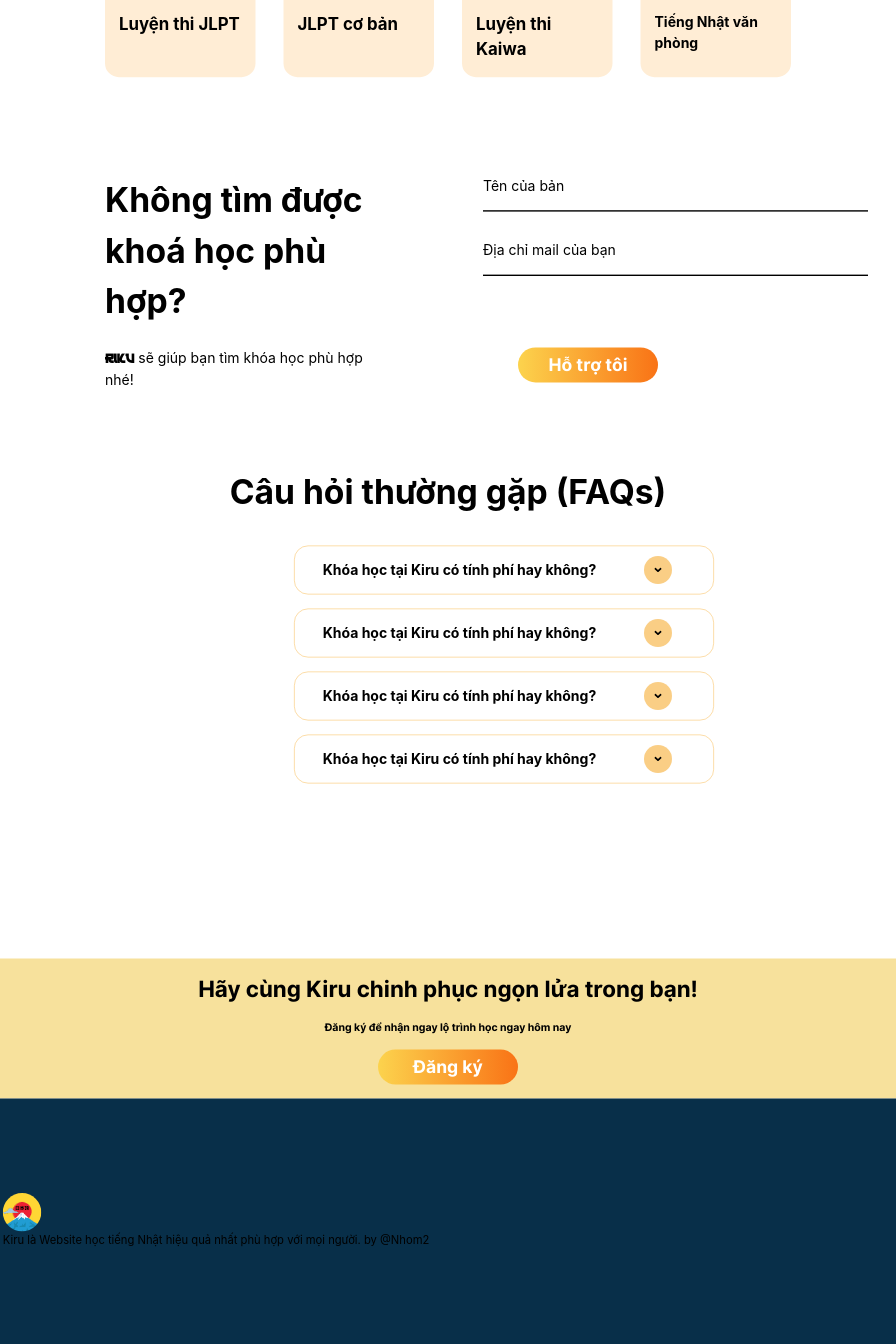
Repository: Quynhhuong150322/Kiru_Website-hoc-tieng-Nhat
Page: /
The author's editor kept a copy of each file at every save. The page is drawn from the files as they stood at one save, then again after the next save.
The browser window is 1280 px wide. The pictures show the part of the page from y = 3205 to 5125 px (the page is 5125 px tall), at 70% of full size.
The project was rebuilt for these pictures with package versions that can differ from the ones it lists, and the page was loaded fresh each time.

Above is the page before, as saved 2023-08-16 17:58:06.

### public/index.html
<!DOCTYPE html>
<html lang="en">
  <head>
    <meta charset="utf-8" />
    <link rel="icon" href="%PUBLIC_URL%/favicon.ico" />
    <meta name="viewport" content="width=device-width, initial-scale=1" />
    <meta name="theme-color" content="#000000" />
    <meta
      name="description"
      content="Web site created using create-react-app"
    />
    <link rel="apple-touch-icon" href="%PUBLIC_URL%/logo192.png" />
    <!--
      manifest.json provides metadata used when your web app is installed on a
      user's mobile device or desktop. See https://developers.google.com/web/fundamentals/web-app-manifest/
    -->
    <link rel="manifest" href="%PUBLIC_URL%/manifest.json" />
    <!--
      Notice the use of %PUBLIC_URL% in the tags above.
      It will be replaced with the URL of the `public` folder during the build.
      Only files inside the `public` folder can be referenced from the HTML.

      Unlike "/favicon.ico" or "favicon.ico", "%PUBLIC_URL%/favicon.ico" will
      work correctly both with client-side routing and a non-root public URL.
      Learn how to configure a non-root public URL by running `npm run build`.
    -->
    <title>Kiru web</title>
  </head>
  <body>
    <noscript>You need to enable JavaScript to run this app.</noscript>
    <div id="root"></div>
    <!--
      This HTML file is a template.
      If you open it directly in the browser, you will see an empty page.

      You can add webfonts, meta tags, or analytics to this file.
      The build step will place the bundled scripts into the <body> tag.

      To begin the development, run `npm start` or `yarn start`.
      To create a production bundle, use `npm run build` or `yarn build`.
    -->
  </body>
</html>

### src/index.js
import React from 'react';
import ReactDOM from 'react-dom/client';
import './index.css';
import App from './App';
import reportWebVitals from './reportWebVitals';
import { BrowserRouter} from "react-router-dom";


const root = ReactDOM.createRoot(document.getElementById('root'));
root.render(
  <React.StrictMode>
    <BrowserRouter>
      <App />
    </BrowserRouter>
  </React.StrictMode>
);

// If you want to start measuring performance in your app, pass a function
// to log results (for example: reportWebVitals(console.log))
// or send to an analytics endpoint. Learn more: https://bit.ly/CRA-vitals
reportWebVitals();

### src/App.js
import './App.css';
import HeaderBefor from "./component/header_footer/HeaderBefor";
import Footer from "./component/header_footer/footer";
// import MyRoutes from './route/MyRoutes';
import GioiThieu from "./component/Gioi_thieu"
import KhoaHocBefor from "./component/Khoa_hoc_befor";
import LienHe from "./component/Lien_he";
import FAQs from "./component/FAQs";


function App() {
  return (
    <div className = "bg-white">
      {/* <MyRoutes></MyRoutes> */}
      <HeaderBefor></HeaderBefor>
      <GioiThieu></GioiThieu>
      <KhoaHocBefor></KhoaHocBefor>
      <LienHe></LienHe>
      <FAQs></FAQs>
      <Footer></Footer>
    </div>
  );
}

export default App;

### src/App.css
.App {
  text-align: center;
}

.App-logo {
  height: 40vmin;
  pointer-events: none;
}

@media (prefers-reduced-motion: no-preference) {
  .App-logo {
    animation: App-logo-spin infinite 20s linear;
  }
}

.App-header {
  background-color: #282c34;
  min-height: 100vh;
  display: flex;
  flex-direction: column;
  align-items: center;
  justify-content: center;
  font-size: calc(10px + 2vmin);
  color: white;
}

.App-link {
  color: #61dafb;
}

@keyframes App-logo-spin {
  from {
    transform: rotate(0deg);
  }
  to {
    transform: rotate(360deg);
  }
}

@font-face {
  font-family: Japanese;
  src: url(./font/Japanese\ 3017.ttf);
}

@font-face {
  font-family: InterBold;
  src: url(./font/Inter-Bold.ttf);
}

@font-face {
  font-family: InterRegular;
  src: url(./font/Inter-Regular.ttf);
}

@font-face {
  font-family: Montserrat;
  src: url(./font/MontserratAlternates-Bold.otf);
}

### src/component/header_footer/HeaderBefor.js
import React from "react";
import logo from "../../image/logo.png"
import { Link } from "react-router-dom";

const Header = () => {
    return (
        <div className = "bg-white top-0 h-[70px] ">
            <div class="flex justify-between items-center p-1">
                <Link to = "/">
                    <div className="flex flex-row items-center gap-5 pl-[50px] justify-center">
                        <img
                            className="h-[55px] w-55px] rounded-full "
                            src = {logo}
                            alt = "logo"
                        />
                        <div className="font-japanese text-[40px] font-bold">Kiru</div>
                    </div>
                </Link>
                <div className=""></div>
                    <ul className="flex space-x-4 justify-start gap-10 font-interBold text-[17px] pr-28 ">
                        <li className="hover:text-yellow-500">
                            <Link to = "/GioiThieu">Giới Thiệu</Link>
                        </li>
                        <li className="hover:text-yellow-500">
                            <Link to = "/LienHe">Liên hệ</Link>
                        </li>
                        <li className="hover:text-yellow-500">
                            <Link to = "/KhoaHocBefor">Khoá học</Link>
                        </li>
                        <li className="hover:text-yellow-500">
                            <Link to = "/FAQs">FAQs</Link>
                        </li>
                    </ul>
                <div className="pr-[50px] flex items-center ">
                    <ul className="flex space-x-4 justify-start gap-1 font-interBold text-[17px] items-center">
                        <li>
                            <button
                                type="button"
                                className="w-[117px] h-10 rounded-[20px] hover:border-2 border-amber-500 hover:text-sky-500">
                                Đăng nhập
                            </button>
                        </li>
                        <li>
                            <button
                                type="button"
                                className = "w-28 h-10 rounded-[20px] text-white bg-gradient-to-r from-amber-300  to-orange-500 hover:border-2 border-amber-700 hover:text-sky-500">
                                Đăng ký
                            </button>
                        </li>
                    </ul>
                </div>
            </div>

        </div>
    );
};
export default Header;

### src/component/header_footer/footer.js
import React from "react";
import logo from "../../image/logo.png"

const Footer = () => {
    return (
        <div class="">
            <div className="h-[350px] bg-sky-950 flex justify-between items-center p-1">
                <div className="">
                    <img
                        className="h-[55px] w-55px] rounded-full "
                        src = {logo}
                        alt = "logo"
                    />
                    <p className="">Kiru là Website học tiếng Nhật hiệu quả nhất phù hợp với mọi người. by @Nhom2</p>
                </div>
                <div className="">

                </div>
                <div className="">

                </div>
            </div>
        </div>

    );
}
export default Footer;

### src/component/Khoa_hoc_befor.js
import React from "react";
import photo4 from "../image/photo4.png";
import photo5 from "../image/photo5.png";
import photo6 from "../image/photo6.png";
import photo7 from "../image/photo7.png";

const KhoaHocBefor = () => {
    return (
        <div className="">
            <div className="">
                <div className="pt-[100px] pl-[150px] font-inter font-bold text-[48px] w-[650px]">Gợi ý khóa học có thể phù hợp với bạn</div>
                <dic className="flex flex-row gap-10 px-[150px] py-10">
                    <div className="w-[250px] h-[350px] bg-orange-100 rounded-[20px] py-5 px-5">
                        <div className="">
                            <img
                                className=" rounded-[20px]  "
                                src = {photo4}
                                alt = "Photo4"
                            />
                        </div>
                        <div className="pt-5 font-inter font-bold text-[24px]">Luyện thi JLPT</div>
                    </div>
                    <div className="w-[250px] h-[350px] bg-orange-100 rounded-[20px] py-5 px-5">
                        <div className="">
                            <img
                                className=" rounded-[20px]  "
                                src = {photo5}
                                alt = "Photo5"
                            />
                        </div>
                        <div className="pt-5 font-inter font-bold text-[24px]">JLPT cơ bản</div>
                    </div>
                    <div className="w-[250px] h-[350px] bg-orange-100 rounded-[20px] py-5 px-5">
                        <div className="">
                            <img
                                className=" rounded-[20px]  "
                                src = {photo6}
                                alt = "Photo6"
                            />
                        </div>
                        <div className="pt-5 font-inter font-bold text-[24px]">Luyện thi Kaiwa</div>
                    </div>
                    <div className="w-[250px] h-[350px] bg-orange-100 rounded-[20px] py-5 px-5">
                        <div className="">
                            <img
                                className=" rounded-[20px]  "
                                src = {photo7}
                                alt = "Photo7"
                            />
                        </div>
                        <div className="pt-5 font-inter font-bold text-[20px]">Tiếng Nhật văn phòng</div>
                    </div>
                </dic>
            </div>
        </div>
    )
}
export default KhoaHocBefor;

### src/component/Lien_he.js
import React from "react";


const LienHe = () => {
    return (
        <div className="">
            <div className="grid grid-cols-2 gap-[100px] pt-[100px]">
                <div className="font-inter font-bold text-[48px] pl-[150px] ">Không tìm được khoá học phù hợp?</div>
                <div className="">
                    <div className="">
                        <p className="font-inter  text-[20px] pb-5">Tên của bản</p>
                        <div className="h-[2px] w-[550px] bg-black "></div>
                    </div>
                    <div className="">
                        <p className="font-inter  text-[20px] pb-5 pt-10">Địa chỉ mail của bạn</p>
                        <div className="h-[2px] w-[550px] bg-black "></div>
                    </div>
                </div>
            </div>
            <div className="grid grid-cols-2 gap-[200px] pt-[30px]">
                <div className="font-inter text-[20px] pl-[150px]"><a className="font-japanese font-bold">Riku</a> sẽ giúp bạn tìm khóa học phù hợp nhé!</div>
                <div className="">
                    <button
                        type="button"
                        className = "w-[200px] h-[50px] rounded-[40px] text-white bg-gradient-to-r from-amber-300  to-orange-500 hover:border-2 border-amber-700 hover:text-sky-500 font-interBold text-[25px] items-center">
                        Hỗ trợ tôi
                    </button>
                </div>
            </div>

        </div>
    )
}
export default LienHe;

### src/component/FAQs.js
import React from "react";
import {FaAngleDown} from "react-icons/fa";


const FAQs = () => {
    return (
        <div className="">
            <div className="">
                <div className="pt-[110px] font-inter font-bold text-[48px] text-center pb-10">Câu hỏi thường gặp (FAQs)</div>
                <div className="px-[420px] content-center  ">
                    <div className="h-[70px] w-[600px]  border border-amber-500/50 rounded-[20px]  px-10 grid grid-cols-2 gap-[400px] items-center">
                        <p className="flex-initial w-[800px] font-bold text-[20px]">Khóa học tại Kiru có tính phí hay không?</p>
                        <div className="w-[40px] h-[40px] bg-amber-500/50 rounded-[30px] items-center py-3 pl-3">
                            <FaAngleDown/>
                        </div>
                    </div>
                </div>
                <div className="px-[420px] content-center pt-5 ">
                    <div className="h-[70px] w-[600px]  border border-amber-500/50 rounded-[20px]  px-10 grid grid-cols-2 gap-[400px] items-center">
                        <p className="flex-initial w-[800px] font-bold text-[20px]">Khóa học tại Kiru có tính phí hay không?</p>
                        <div className="w-[40px] h-[40px] bg-amber-500/50 rounded-[30px] items-center py-3 pl-3">
                            <FaAngleDown/>
                        </div>
                    </div>
                </div>
                <div className="px-[420px] content-center pt-5 ">
                    <div className="h-[70px] w-[600px]  border border-amber-500/50 rounded-[20px]  px-10 grid grid-cols-2 gap-[400px] items-center">
                        <p className="flex-initial w-[800px] font-bold text-[20px]">Khóa học tại Kiru có tính phí hay không?</p>
                        <div className="w-[40px] h-[40px] bg-amber-500/50 rounded-[30px] items-center py-3 pl-3">
                            <FaAngleDown/>
                        </div>
                    </div>
                </div>
                <div className="px-[420px] content-center pt-5 ">
                    <div className="h-[70px] w-[600px]  border border-amber-500/50 rounded-[20px]  px-10 grid grid-cols-2 gap-[400px] items-center">
                        <p className="flex-initial w-[800px] font-bold text-[20px]">Khóa học tại Kiru có tính phí hay không?</p>
                        <div className="w-[40px] h-[40px] bg-amber-500/50 rounded-[30px] items-center py-3 pl-3">
                            <FaAngleDown/>
                        </div>
                    </div>
                </div>
            </div>
            <div className="pt-[250px] ">
                <div className="h-[200px] bg-yellow-500/40 items-center">
                    <div className="text-[32px] font-interBold text-center pt-5">Hãy cùng Kiru chinh phục ngọn lửa trong bạn!</div>
                    <p className="text-[15px] font-interBold text-center pt-5">Đăng ký để nhận ngay lộ trình học ngay hôm nay</p>
                    <div className="text-center pt-5">
                        <button
                            type="button"
                            className = "w-[200px] h-[50px] rounded-[40px] text-white bg-gradient-to-r from-amber-300  to-orange-500 hover:border-2 border-amber-700 hover:text-sky-500 font-interBold text-[25px] items-center">
                            Đăng ký
                        </button>
                    </div>
                </div>
            </div>
        </div>
    )
}
export default FAQs;

### tailwind.config.js
/** @type {import('tailwindcss').Config} */
module.exports = {
  content: ["./src/**/*.{html,js}"],
  // plugins: [require("tailwind-scrollbar")],
  theme: {
    extend: {
      fontSize: {
        sm: '9px',
        base: '13px',
        xl: '20px',
        '2xl': '60px',
        '3xl': '80px',
        '4xl': '90px',
        '5xl': '100px',
      }
    },
    screens: {
      'sm': {'min': '400px', 'max': '767px'},
      // => @media (min-width: 640px and max-width: 767px) { ... }

      'md': {'min': '768px', 'max': '1023px'},
      // => @media (min-width: 768px and max-width: 1023px) { ... }

      'lg': {'min': '1024px', 'max': '1279px'},
      // => @media (min-width: 1024px and max-width: 1279px) { ... }

      'xl': {'min': '1280px', 'max': '1535px'},
      // => @media (min-width: 1280px and max-width: 1535px) { ... }

      '2xl': {'min': '1536px'},
      // => @media (min-width: 1536px) { ... }
    },

    fontFamily: {
      japanese: ['"Japanese"'],
      interBold: ['"InterBold"'],
      interRegular: ['"InterRegular"'],
      montserrat: ['"Montserrat"']
    },
  },
  plugins: [],
}

Loaded but not shown: src/index.css (common file); src/reportWebVitals.js (common file); src/component/Gioi_thieu.js (187 lines, source omitted)

After the next save:
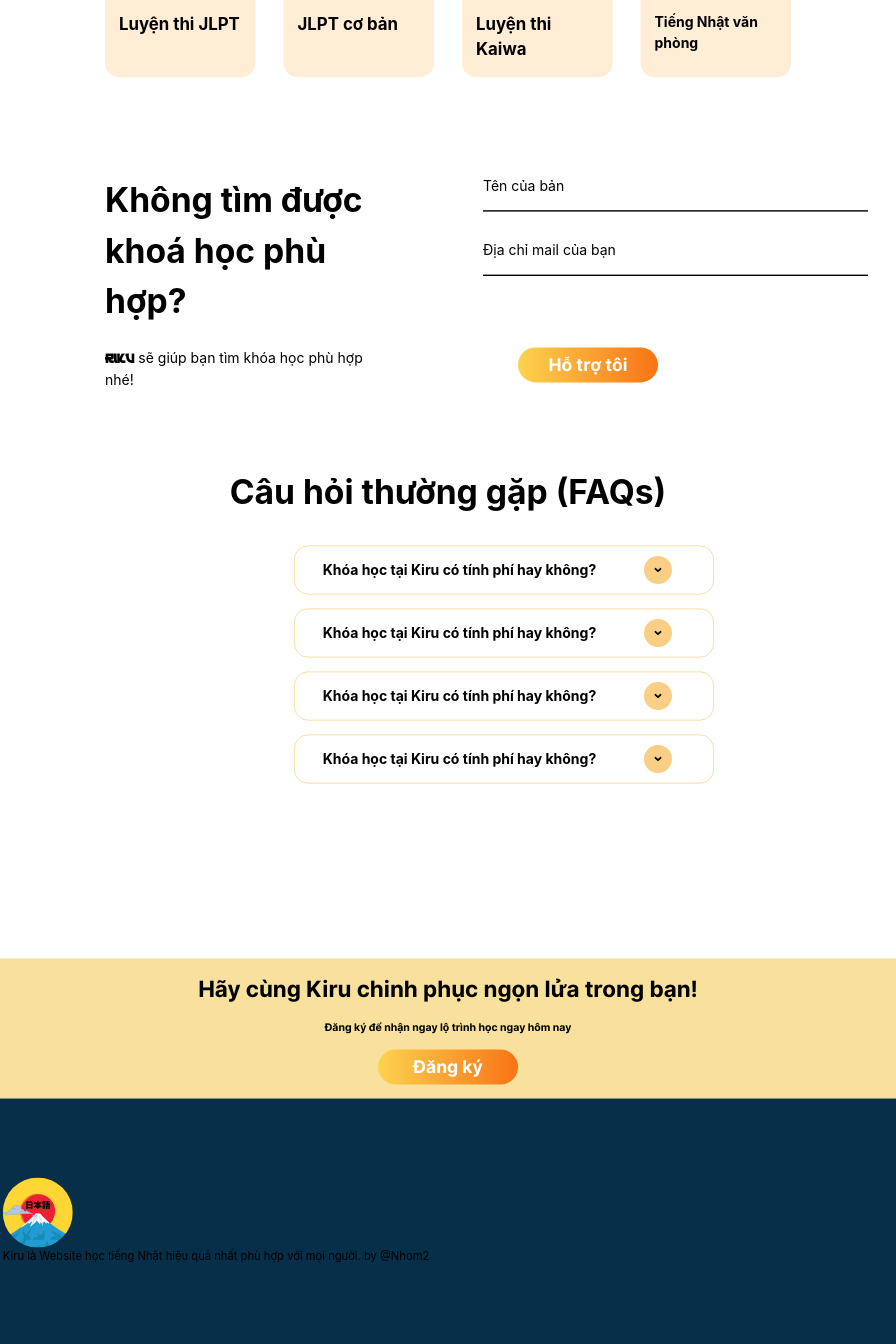
Saved 24 s later.
--- a/src/component/header_footer/footer.js
+++ b/src/component/header_footer/footer.js
@@ -7,7 +7,7 @@ const Footer = () => {
             <div className="h-[350px] bg-sky-950 flex justify-between items-center p-1">
                 <div className="">
                     <img
-                        className="h-[55px] w-55px] rounded-full "
+                        className="h-[100px] w-100px] rounded-full "
                         src = {logo}
                         alt = "logo"
                     />
